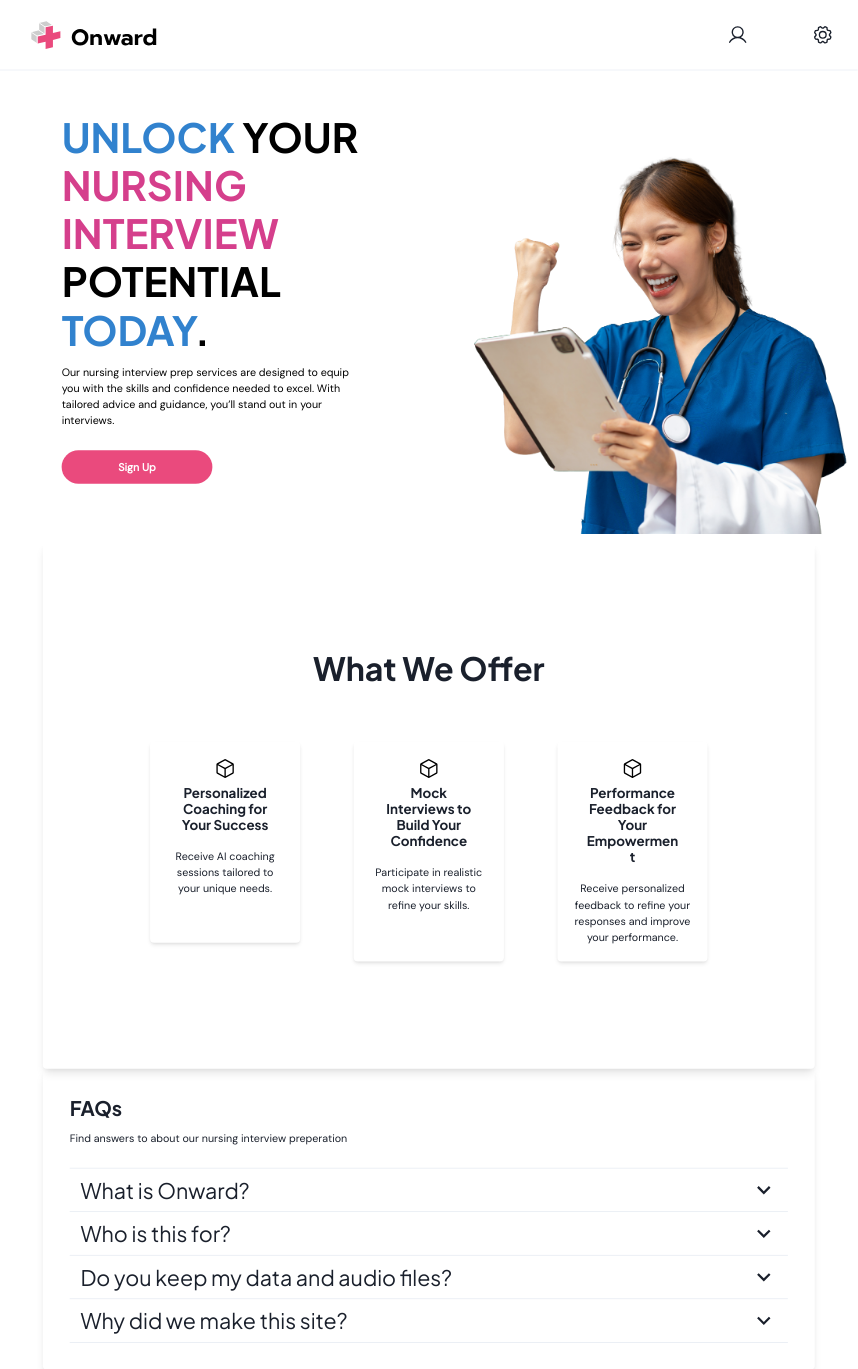
Repository: Aladdin3r/onward
Page: /landing-page
The author's editor kept a copy of each file at every save. The page is drawn from the files as they stood at one save, then again after a run of saves.
The browser window is 1280 px wide. The pictures show the whole page, at 67% of full size.
The project was rebuilt for these pictures with package versions that can differ from the ones it lists, and the page was loaded fresh each time. The framework's server and built-in components were replaced by stand-ins that run in the browser. Also part of the build but not shown: next.config.mjs, styles/components/AppTopNav.js, styles/components/Layout.js.

Above is the page before, as saved 2024-10-29 03:07:10.

### pages/_app.js
import { ChakraProvider } from "@chakra-ui/react";
import theme from "@/styles/theme";

function MyApp({ Component, pageProps }) {
  return (
    <ChakraProvider theme={theme}>
      <Component {...pageProps} />
    </ChakraProvider>
  );
}

export default MyApp;

### pages/_document.js
import { Html, Head, Main, NextScript } from "next/document";

export default function Document() {
  return (
    <Html lang="en">
      <Head>
        <link
          href="https://fonts.googleapis.com/css2?family=DM+Sans:wght@400&family=Plus+Jakarta+Sans:wght@400;600;700&display=swap"
          rel="stylesheet"
        />
      </Head>
      <body>
        <Main />
        <NextScript />
      </body>
    </Html>
  );
}

### pages/landing-page.js
import {
    Box,
    Flex,
    Heading,
    Text,
    Stack,
    Button,
    Accordion,
    AccordionItem,
    AccordionButton,
    AccordionPanel,
    AccordionIcon,
    Image
} from "@chakra-ui/react";
import Layout from "@/styles/components/Layout";
import TopNav from "@/styles/components/TopNav";
import AppTopNav from "@/styles/components/AppTopNav";
import { useRouter } from 'next/router';

export default function Home() {
    const router = useRouter();

    // Button action function
    const handleSignUp = () => {
        router.push('/signup'); // Navigate to the sign-up page
    };

    return (
        <>
            {/* Hero Section */}
            <TopNav />

            <Flex //hero card
                p={3}
                width="100%"
                mb={0}
                flexDirection="row"
                alignItems="center"
                justifyContent="space-between"
                gap="2rem"  // Adds a gap between text and image
            >

                <Flex //left text
                    flexDirection="column" zIndex={1}
                    ml="20"
                >
                    <Heading
                        fontFamily="heading"
                        fontSize="6xl"
                        fontWeight="bold"
                        width="88%"
                        mb={4}
                    >
                        <Text as="span" color="blue.500">UNLOCK </Text>
                        <Text as="span" color="black">YOUR </Text>
                        <Text as="span" color="pink.500">NURSING INTERVIEW </Text>
                        <Text as="span" color="black">POTENTIAL </Text>
                        <Text as="span" color="blue.500">TODAY</Text>
                        <Text as="span" color="black">. </Text>
                    </Heading>
                    <Text fontFamily="body" fontSize="x" color="black" mb={6} width="78%">
                        Our nursing interview prep services are designed to equip you with the skills and confidence needed to excel. With tailored advice and guidance, you’ll stand out in your interviews.
                    </Text>
                    <Button
                        mt="2"
                        bg="#EA4A7D"
                        color="#FFFFFF"
                        width="50%"
                        height="50px"
                        maxW="225px"
                        fontWeight="semibold"
                        fontSize="16px"
                        borderRadius="full"
                        px="6"
                        mb="6"
                    >
                        Sign Up
                    </Button>
                </Flex>

                <Box width="45%" flexShrink={0}>
                    <Image
                        src="/images/ipad-nurse.png"
                        alt="IPad Nurse"
                        width="100%"
                        height="auto"
                        objectFit="cover"

                    />
                </Box>

            </Flex>



            {/* What We Offer Section */}
            <Box p={40} textAlign="center" borderRadius="md" boxShadow="lg" maxW="90%" mx="auto" >
                <Heading fontFamily="heading" fontSize="5xl" mb={20} mt="">What We Offer</Heading>
                <Flex justify="center" gap={20} md>
                    <Stack width="300px" height="300px" borderRadius="md" boxShadow="md" p={6} textAlign="center" alignItems="center">
                        <svg xmlns="http://www.w3.org/2000/svg" width="32" height="32" fill="#000000" viewBox="0 0 256 256"><path d="M223.68,66.15,135.68,18h0a15.88,15.88,0,0,0-15.36,0l-88,48.17a16,16,0,0,0-8.32,14v95.64a16,16,0,0,0,8.32,14l88,48.17a15.88,15.88,0,0,0,15.36,0l88-48.17a16,16,0,0,0,8.32-14V80.18A16,16,0,0,0,223.68,66.15ZM128,32h0l80.34,44L128,120,47.66,76ZM40,90l80,43.78v85.79L40,175.82Zm96,129.57V133.82L216,90v85.78Z"></path></svg>
                        <Heading width="80%" fontFamily="heading" fontSize="xl" mb={4}>Personalized Coaching for Your Success</Heading>
                        <Text fontFamily="body">
                            Receive AI coaching sessions tailored to your unique needs.
                        </Text>
                    </Stack>
                    <Stack width="300px" borderRadius="md" boxShadow="md" p={6} textAlign="center" alignItems="center">
                        <svg xmlns="http://www.w3.org/2000/svg" width="32" height="32" fill="#000000" viewBox="0 0 256 256"><path d="M223.68,66.15,135.68,18h0a15.88,15.88,0,0,0-15.36,0l-88,48.17a16,16,0,0,0-8.32,14v95.64a16,16,0,0,0,8.32,14l88,48.17a15.88,15.88,0,0,0,15.36,0l88-48.17a16,16,0,0,0,8.32-14V80.18A16,16,0,0,0,223.68,66.15ZM128,32h0l80.34,44L128,120,47.66,76ZM40,90l80,43.78v85.79L40,175.82Zm96,129.57V133.82L216,90v85.78Z"></path></svg>
                        <Heading width="80%" fontFamily="heading" fontSize="xl" mb={4}>Mock Interviews to Build Your Confidence</Heading>
                        <Text fontFamily="body">
                            Participate in realistic mock interviews to refine your skills.
                        </Text>
                    </Stack>
                    <Stack width="300px" borderRadius="md" boxShadow="md" p={6} textAlign="center" alignItems="center">
                        <svg xmlns="http://www.w3.org/2000/svg" width="32" height="32" fill="#000000" viewBox="0 0 256 256"><path d="M223.68,66.15,135.68,18h0a15.88,15.88,0,0,0-15.36,0l-88,48.17a16,16,0,0,0-8.32,14v95.64a16,16,0,0,0,8.32,14l88,48.17a15.88,15.88,0,0,0,15.36,0l88-48.17a16,16,0,0,0,8.32-14V80.18A16,16,0,0,0,223.68,66.15ZM128,32h0l80.34,44L128,120,47.66,76ZM40,90l80,43.78v85.79L40,175.82Zm96,129.57V133.82L216,90v85.78Z"></path></svg>
                        <Heading width="80%" fontFamily="heading" fontSize="xl" mb={4}>Performance Feedback for Your Empowerment</Heading>
                        <Text fontFamily="body">
                            Receive personalized feedback to refine your responses and improve your performance.
                        </Text>
                    </Stack>
                </Flex>
            </Box>

            {/* FAQ Section */}
            <Box p={10} borderRadius="md" boxShadow="lg" maxW="90%" mx="auto">
                <Heading fontFamily="heading" fontSize="3xl" textAlign="left" mb={4}>FAQs</Heading>
                <Text fontFamily="body" fontSize="s" textAlign="left" mb={8}>
                    Find answers to about our nursing interview preperation
                </Text>
                <Accordion allowToggle>
                    <AccordionItem>
                        <h2>
                            <AccordionButton>
                                <Box as="span" flex="1" textAlign="left" fontFamily="heading">What is Onward?</Box>
                                <AccordionIcon />
                            </AccordionButton>
                        </h2>
                        <AccordionPanel pb={4} fontFamily="body">
                            Onward is an AI-powered personal interview coach designed for nurses to enhance their job interview skills.
                        </AccordionPanel>
                    </AccordionItem>
                    <AccordionItem>
                        <h2>
                            <AccordionButton>
                                <Box as="span" flex="1" textAlign="left" fontFamily="heading">Who is this for?</Box>
                                <AccordionIcon />
                            </AccordionButton>
                        </h2>
                        <AccordionPanel pb={4} fontFamily="body">
                            This service is designed for nurses, especially those new to the Canadian healthcare system.
                        </AccordionPanel>
                    </AccordionItem>
                    <AccordionItem>
                        <h2>
                            <AccordionButton>
                                <Box as="span" flex="1" textAlign="left" fontFamily="heading">Do you keep my data and audio files?</Box>
                                <AccordionIcon />
                            </AccordionButton>
                        </h2>
                        <AccordionPanel pb={4} fontFamily="body">
                            Yes, we securely store data as per our privacy policy to enhance your interview coaching experience.
                        </AccordionPanel>
                    </AccordionItem>
                    <AccordionItem>
                        <h2>
                            <AccordionButton>
                                <Box as="span" flex="1" textAlign="left" fontFamily="heading">Why did we make this site?</Box>
                                <AccordionIcon />
                            </AccordionButton>
                        </h2>
                        <AccordionPanel pb={4} fontFamily="body">
                            Onward aims to empower nurses by providing interview preparation tools tailored to their needs.
                        </AccordionPanel>
                    </AccordionItem>
                </Accordion>
            </Box>
        </>
    );
}

### styles/theme.js
import { extendTheme } from "@chakra-ui/react";
import { theme as chakraTheme } from "@chakra-ui/react";
import Button from './components/Button';
import { Stepper } from "@chakra-ui/react";

const fonts = {
    ...chakraTheme.fonts,
    body: "DM Sans",
    heading: "Plus Jakarta Sans",
}

const overrides = {
    ...chakraTheme,
    fonts,
    components: {
        Button: {
            ...Button,
        },
    },
    fontWeights: {
        normal: 400,
        medium: 500,
        bold: 700,
    },
    fontSizes: {
        xxs: "14pt",
        xs: "16pt",
        sm: "20pt",
        md: "24pt",
        lg: "32pt",
    },
    colors: {
       brand: {
        blushPink: "#EA4A7D",
        pastelBlue: "#CBD5FF",
        blueberryCreme: "#EBEFFF",
        frostWhite: "#FAFAFA",
        nightBlack: "#1f1f1f",
        platinum: "#e2e2e2",
        confirmationGreen: "#61CD3D",
        imperialRed: "EA4A4D",
        canaryYellow: "#EAE84A",
        oceanBlue: "#214DDF",
        pureWhite: "#FFFFFF"
        }
    },
    styles: {
        global: {
            body: {
                bg: "frostWhite",
            },
        },
    },
}

const customTheme = extendTheme(overrides);

export default customTheme;

### styles/components/TopNav.js
'use client'
import {
    Box,
    Flex,
    useColorModeValue,
    IconButton,
    Image,
    Link,
} from "@chakra-ui/react";
import { User, Gear } from "@phosphor-icons/react";

export default function TopNav() {
    const bgColor = useColorModeValue('#fff', 'brand.nightBlack');

    return (
        <Box bg={bgColor} px={4} borderBottom="1px solid #E6EAF2">
            <Flex h={"104px"} alignItems={'center'} justifyContent={'space-between'}>
                <Box fontSize={{ base: 'md', md: 'lg' }}>
                    <Link href="/">
                        <Image src="logo.svg" boxSize="253px" alt="Onward Logo" style={{ padding: "30px" }} />
                    </Link>
                </Box>
                <Flex alignItems={'center'}>
                    <Link href="/user">
                        <IconButton
                            aria-label="User settings"
                            icon={<User />}
                            variant="ghost"
                            mr="55px"
                        />
                    </Link>
                    <Link href="/settings">
                        <IconButton
                            aria-label="Settings"
                            icon={<Gear />}
                            variant="ghost"
                        />
                    </Link>
                </Flex>
            </Flex>
        </Box>
    );
}

### styles/components/Button.js
const Button = {
    baseStyle: {
      display: 'flex',
      borderRadius: '999px',
      fontFamily: 'DM Sans',
      _hover: {
        boxShadow: '0px 4px 4px 0px rgba(0, 0, 0, 0.45)',
      },
      padding: 3,
    },
    sizes: {
      xs: {
        fontSize: ['12pt', '14pt', '16pt'], // Responsive font sizes for xs
        px: [2, 3], // Responsive padding
      },
      sm: {
        fontSize: ['14pt', '16pt', '20pt'],
        px: [2, 4],
      },
      md: {
        fontSize: ['16pt', '20pt', '24pt'],
        px: [3, 5],
      },
      lg: {
        fontSize: ['20pt', '28pt', '32pt'],
        px: [4, 6],
      },
    },
    variants: {
      lgPrimary: {
        bg: 'brand.blushPink',
        color: 'brand.frostWhite',
        width: ['100%', '325px'], // 100% width on smaller screens
        height: '72px',
        fontSize: ['20pt', '28pt', '32pt'], // Responsive font size
        borderRadius: '999px',
      },
      mdPrimary: {
        bg: 'brand.blushPink',
        color: 'brand.frostWhite',
        width: ['100%', '225px'],
        height: '72px',
        fontSize: ['16pt', '20pt', '24pt'],
        borderRadius: '999px',
      },
      smPrimary: {
        bg: 'brand.blushPink',
        color: 'brand.frostWhite',
        width: ['100%', '150px'],
        height: '64px',
        fontSize: ['14pt', '16pt', '20pt'],
        borderRadius: '999px',
      },
      xsPrimary: {
        bg: 'brand.blushPink',
        color: 'brand.frostWhite',
        width: ['100%', '117px'],
        height: '32px',
        fontSize: ['12pt', '14pt', '18pt'],
        borderRadius: '999px',
      },
      lgSecondary: {
        bg: 'brand.platinum',
        color: 'brand.nightBlack',
        width: ['100%', '325px'],
        height: '72px',
        fontSize: ['20pt', '28pt', '32pt'],
        borderRadius: '999px',
        _hover: {
          bg: 'brand.blushPink',
          color: 'brand.frostWhite',
          boxShadow: '0px 4px 4px 0px rgba(0, 0, 0, 0.45)',
        },
      },
      mdSecondary: {
        bg: 'brand.platinum',
        color: 'brand.nightBlack',
        width: ['100%', '225px'],
        height: '72px',
        fontSize: ['16pt', '20pt', '24pt'],
        borderRadius: '999px',
        _hover: {
          bg: 'brand.blushPink',
          color: 'brand.frostWhite',
          boxShadow: '0px 4px 4px 0px rgba(0, 0, 0, 0.45)',
        },
      },
      smSecondary: {
        bg: 'brand.platinum',
        color: 'brand.nightBlack',
        width: ['100%', '150px'],
        height: '64px',
        fontSize: ['14pt', '16pt', '20pt'],
        borderRadius: '999px',
        _hover: {
          bg: 'brand.blushPink',
          color: 'brand.frostWhite',
          boxShadow: '0px 4px 4px 0px rgba(0, 0, 0, 0.45)',
        },
      },
      xsSecondary: {
        bg: 'brand.platinum',
        color: 'brand.nightBlack',
        width: ['100%', '117px'],
        height: '32px',
        fontSize: ['12pt', '14pt', '18pt'],
        borderRadius: '999px',
        _hover: {
          bg: 'brand.blushPink',
          color: 'brand.frostWhite',
          boxShadow: '0px 4px 4px 0px rgba(0, 0, 0, 0.45)',
        },
      },
    },
  };

  export default Button;

### styles/components/SideNav.js
import { useState } from "react";
import PropTypes from "prop-types";
import Link from "next/link";
import { Box, Flex, Text, VStack, Image } from "@chakra-ui/react";
import { ChalkboardTeacher, ClockCounterClockwise, UserSound, Presentation, User, Gear } from "@phosphor-icons/react";

// Define each variant and associated icon, label, and path(s)
const variants = {
  default: {
    label: "Dashboard",
    icon: <UserSound size={32} />,
    path: "/"
  },
  variant2: {
    label: "Mock Interview",
    icon: <ChalkboardTeacher size={32} />,
    path: "/mock-interview"
  },
  variant3: {
    label: "Practice Interview",
    icon: <Presentation size={32} />,
    path: [
      "/practice-interview",
      "/practice-interview-filter",
      "/practice-interview-questions",
      "/practice-interview-answer",
      "/practice"
    ]
  },
  variant4: {
    label: "History",
    icon: <ClockCounterClockwise size={32} />,
    path: "/history"
  },
};

// Define the bottom section items with default values
const defaultBottomVariants = {
  account: {
    label: "Account",
    icon: <User size={18} />,
    path: "/account"
  },
  settings: {
    label: "Settings",
    icon: <Gear size={18} />,
    path: "/settings"
  },
  signOut: {
    label: "Sign Out",
    icon: null,
    path: "/"
  }
};

// Main SideNavBar component
export const SideNavBar = ({ activeVariant, bottomVariants = defaultBottomVariants }) => {
  return (
    <Flex
      bg="brand.blueberryCreme"
      height="100vh"
      width="280px"
      position="fixed"
      flexDir="column"
    >
      {/* logo box */}
      <Box fontSize={{ base: 'sm', md: 'md' }} mt="1rem">
        <Link href="/">
          <Image src="logo.svg" alt="Onward Logo" style={{ padding: "0.6rem" }} width="100%" />
        </Link>
      </Box>

      {/* nav menu */}
      <Box mt="1.5rem" overflow="hidden">
        <VStack align="flex-start" spacing={2} width="100%" ml="10%">
          {variants && Object.keys(variants).map((variant) => {
            const isActive = activeVariant === variant;
            return (
              <Link href={Array.isArray(variants[variant].path) ? variants[variant].path[0] : variants[variant].path} key={variant} passHref>
                <Flex
                  align="center"
                  cursor="pointer"
                  width="280px"
                  bg={isActive ? "brand.blushPink" : "none"} // Active background
                  color={isActive ? "brand.frostWhite" : "initial"} // Active text color
                  p={3}
                  borderLeftRadius="26px"
                  transition="transform 0.5s ease-in-out, background-color 0.4s, color 0.4s"
                  _hover={{
                    bg: "brand.blushPink",
                    color: "brand.frostWhite",
                    borderRadius: "26px 0 0 26px",
                    transition: "background-color 0.3s, transform 0.3s",
                  }}
                >
                  <Box pl={isActive ? "5rem" : 0} mr={4}>
                    {variants[variant].icon}
                  </Box>
                  <Text fontFamily="body" fontSize="18px" fontWeight="bold">
                    {variants[variant].label}
                  </Text>
                </Flex>
              </Link>
            );
          })}
        </VStack>
      </Box>

      {/* Bottom Section for Account, Settings, and Sign Out Links */}
      <Box mb={2} mt="13rem" width="100%">
        <VStack width="100%" align="flex-end">
          {bottomVariants && Object.keys(bottomVariants).map((variant) => {
            const isActive = activeVariant === variant;
            return (
              <Link
                href={bottomVariants[variant].path}
                key={variant}
                passHref
              >
                <Flex
                  align="center"
                  cursor="pointer"
                  width="100%"
                  height="1.3rem"
                  bg={isActive ? "brand.blushPink" : "none"} // Active background
                  color={isActive ? "brand.frostWhite" : "initial"} // Active text color
                  borderRadius="md"
                  pr="1.5rem"
                  transition="transform 0.3s ease-in-out, background-color 0.3s, color 0.3s"
                  _hover={{
                    color: "brand.blushPink",
                    borderRadius: "26px 0 0 26px",
                    transition: "background-color 0.3s, transform 0.3s",
                  }}
                >

                  <Box mr={3}>
                    {bottomVariants[variant].icon}
                  </Box>
                  <Text fontFamily="body" fontSize="18px" fontWeight="regular" textAlign="left"
                    textDecoration={variant === 'signOut' ? 'underline' : 'none'}
                  >
                    {bottomVariants[variant].label}
                  </Text>
                </Flex>
              </Link>
            );
          })}
        </VStack>
      </Box>
    </Flex>
  );
};

SideNavBar.propTypes = {
  activeVariant: PropTypes.oneOf(["variant4", "variant2", "variant3", "default"]),
  bottomVariants: PropTypes.object, // Define bottomVariants as an optional object
};

SideNavBar.defaultProps = {
  bottomVariants: {},
};

After the next 2 saves:
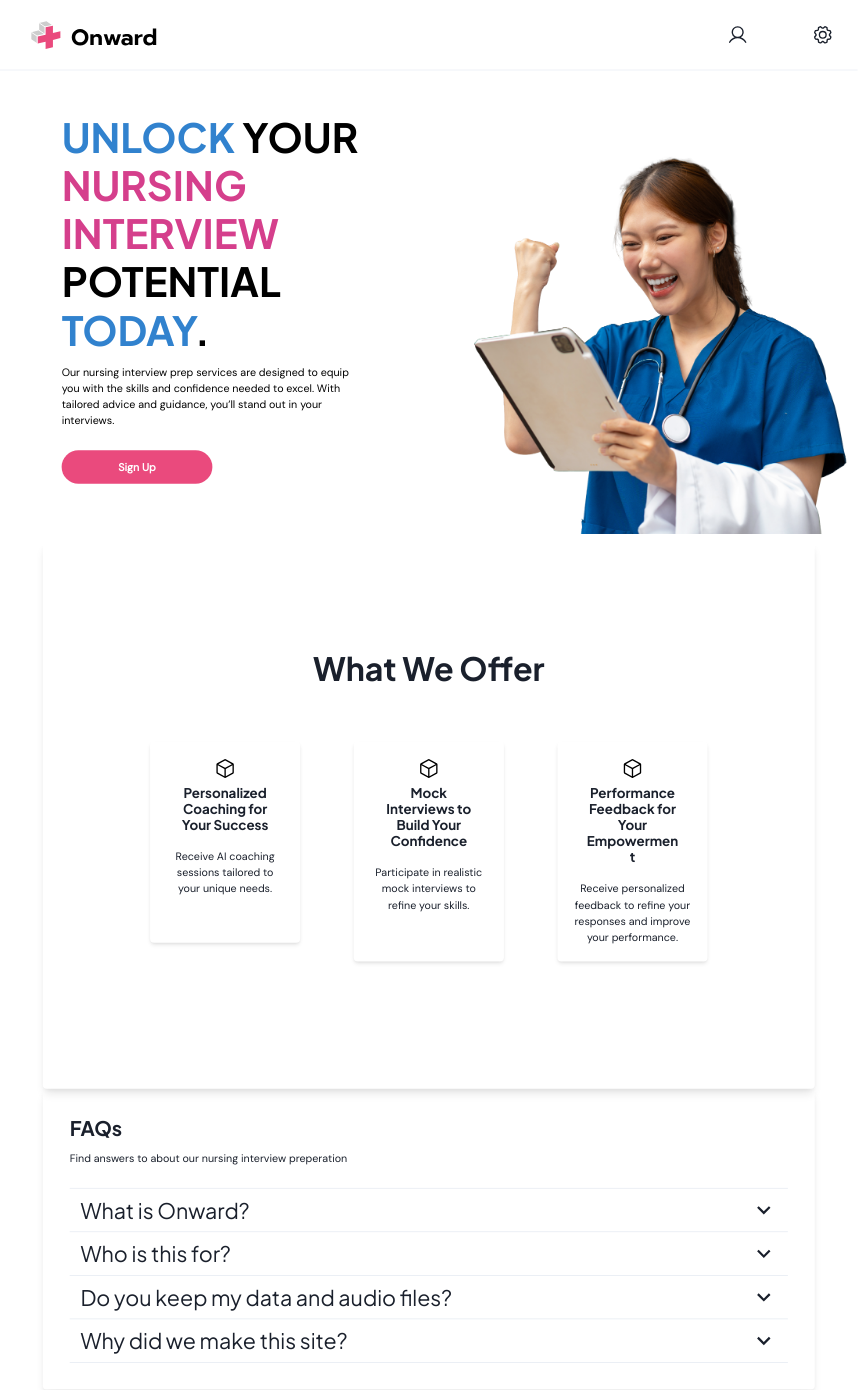
The 2 saves are shown as one change because they came seconds apart.
The last was saved 9 s later.
--- a/pages/landing-page.js
+++ b/pages/landing-page.js
@@ -96,7 +96,7 @@ export default function Home() {
             {/* What We Offer Section */}
             <Box p={40} textAlign="center" borderRadius="md" boxShadow="lg" maxW="90%" mx="auto" >
                 <Heading fontFamily="heading" fontSize="5xl" mb={20} mt="">What We Offer</Heading>
-                <Flex justify="center" gap={20} md>
+                <Flex justify="center" gap={20} mb={30}>
                     <Stack width="300px" height="300px" borderRadius="md" boxShadow="md" p={6} textAlign="center" alignItems="center">
                         <svg xmlns="http://www.w3.org/2000/svg" width="32" height="32" fill="#000000" viewBox="0 0 256 256"><path d="M223.68,66.15,135.68,18h0a15.88,15.88,0,0,0-15.36,0l-88,48.17a16,16,0,0,0-8.32,14v95.64a16,16,0,0,0,8.32,14l88,48.17a15.88,15.88,0,0,0,15.36,0l88-48.17a16,16,0,0,0,8.32-14V80.18A16,16,0,0,0,223.68,66.15ZM128,32h0l80.34,44L128,120,47.66,76ZM40,90l80,43.78v85.79L40,175.82Zm96,129.57V133.82L216,90v85.78Z"></path></svg>
                         <Heading width="80%" fontFamily="heading" fontSize="xl" mb={4}>Personalized Coaching for Your Success</Heading>
